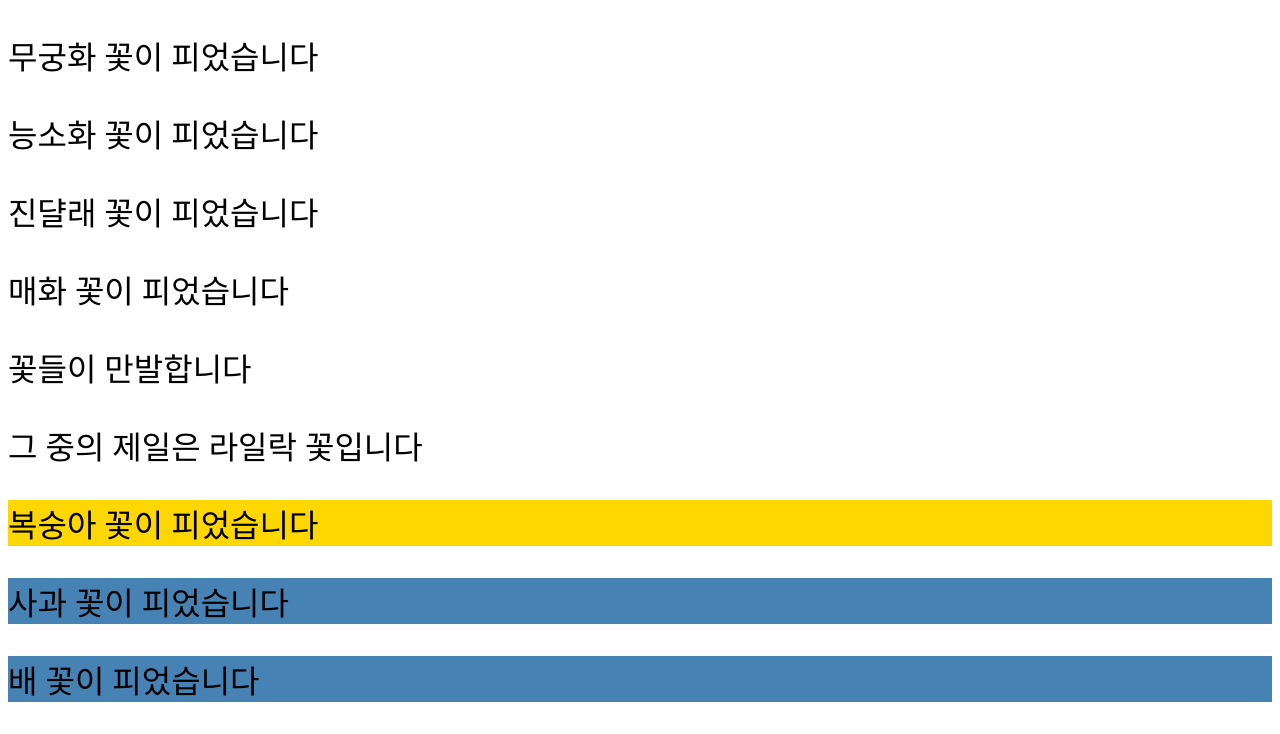
Repository: choidazzi/DDIT
Page: web programming/html/webpro/src/main/webapp/0426/형제선택자.html
An editor plug-in stored every save of this project. The page is shown before and after the next save, followed by the edit.
The browser window is 1280 px wide. The pictures show the whole page.

Above is the page before, as saved 2023-04-26 00:37:01.

After the next save:
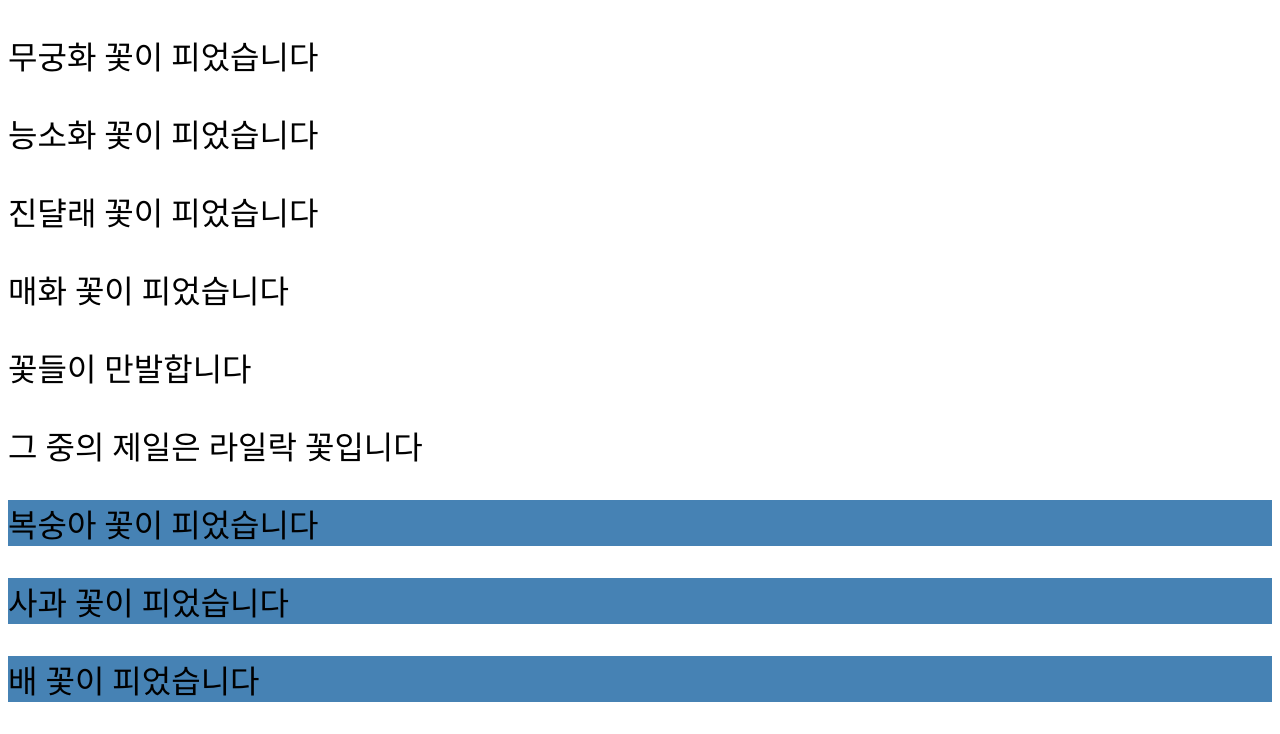
Saved 56 s later.
--- a/web programming/html/webpro/src/main/webapp/0426/형제선택자.html
+++ b/web programming/html/webpro/src/main/webapp/0426/형제선택자.html
@@ -12,13 +12,13 @@
 	font-size: 2.0em; /*  em: 부모를 기준으로 2배이상 증가  */
 }
 
+div + p{
+	background-color: gold;
+}
 div ~ p{
 	background-color: steelblue;
 }
 
-div + p{
-	background-color: gold;
-}
 </style>
 </head>
 <body>

After the 2 saves that followed:
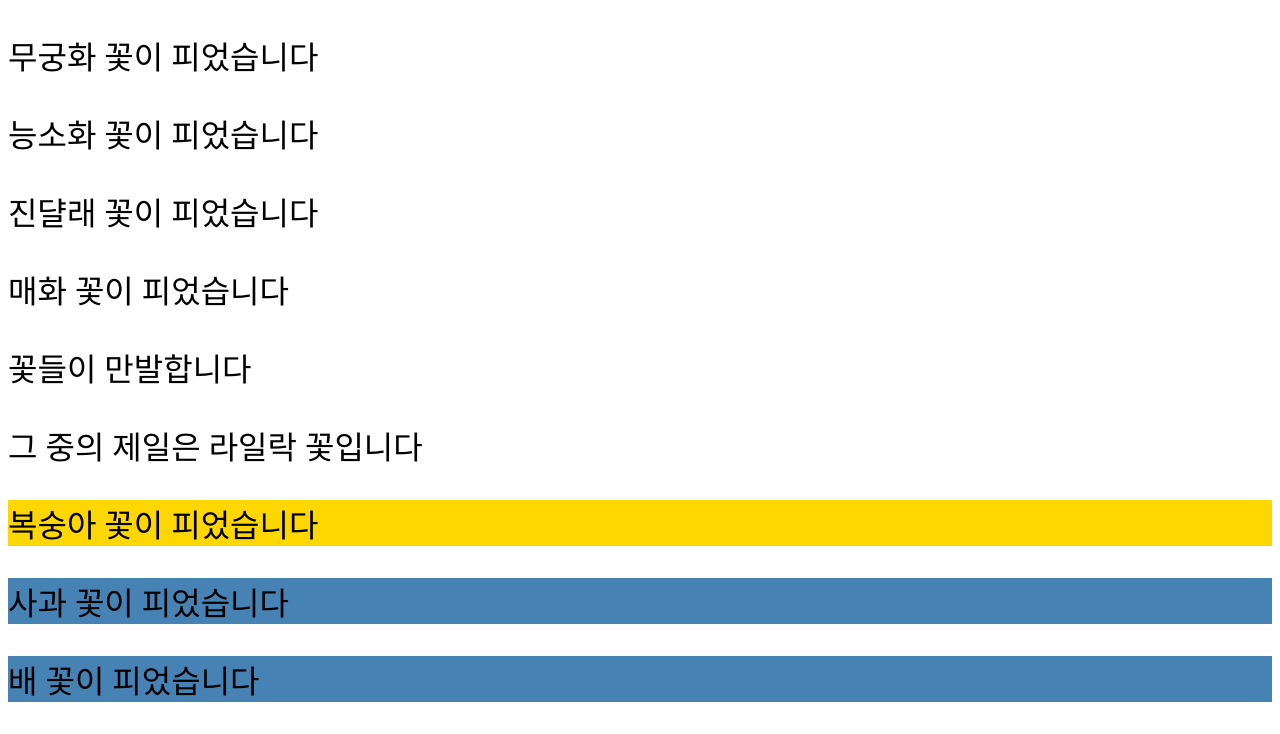
The 2 saves are shown as one change because 1 left the picture as it was.
The last was saved 42 s later.
--- a/web programming/html/webpro/src/main/webapp/0426/형제선택자.html
+++ b/web programming/html/webpro/src/main/webapp/0426/형제선택자.html
@@ -12,12 +12,16 @@
 	font-size: 2.0em; /*  em: 부모를 기준으로 2배이상 증가  */
 }
 
+/* 위에서 아래로 실행된다 (순서 중) */
+
+div ~ p{
+	background-color: steelblue;
+}
+
 div + p{
 	background-color: gold;
 }
-div ~ p{
-	background-color: steelblue;
-}
+
 
 </style>
 </head>
